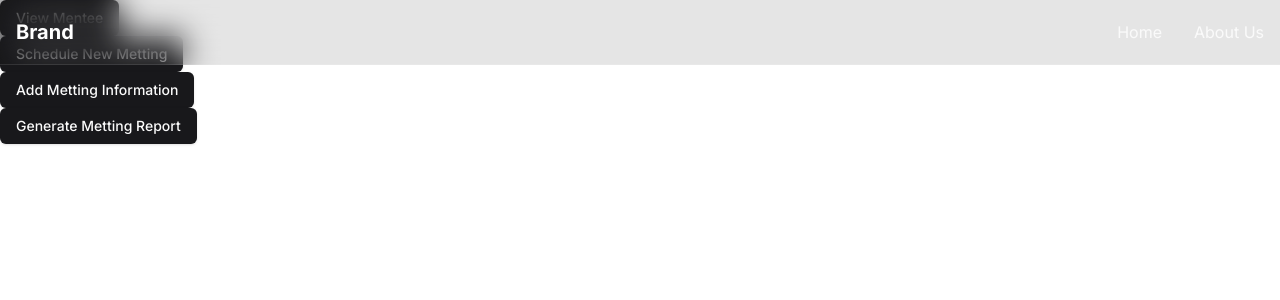
Repository: gauravbhindwar/mentorlink
Page: /pages/mentor/mentordashboard
An editor plug-in stored every save of this project. The page is shown before and after the next save, followed by the edit.
The browser window is 1280 px wide. The pictures show the whole page.
The project was rebuilt for these pictures with package versions that can differ from the ones it lists, and the page was loaded fresh each time. The framework's server and built-in components were replaced by stand-ins that run in the browser. Also part of the build but not shown: next.config.js, next.config.ts.

Above is the page before, as saved 2024-11-07 01:23:37.

After the next save:
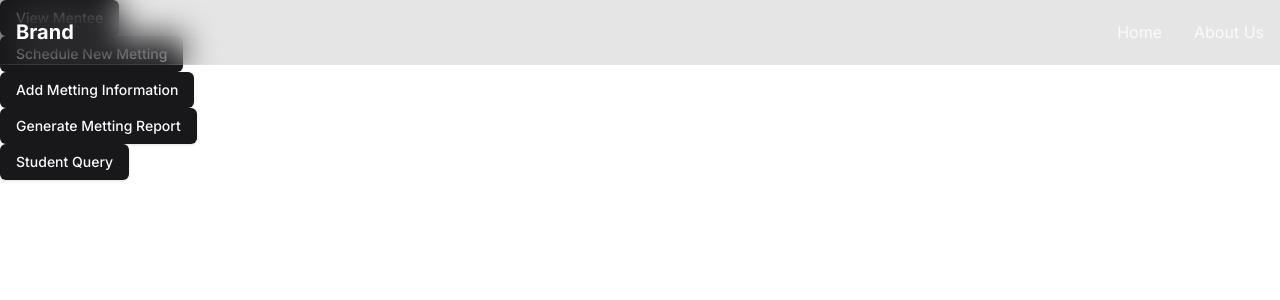
Saved 41 s later.
--- a/src/components/mentor/MentorDashBoard.jsx
+++ b/src/components/mentor/MentorDashBoard.jsx
@@ -24,6 +24,11 @@ const MentorDashBoard = () => {
                     Generate Metting Report
                 </Button>
             </div>
+            <div>
+                <Button>
+                    Student Query
+                </Button>
+            </div>
         </div>
     )
 }
